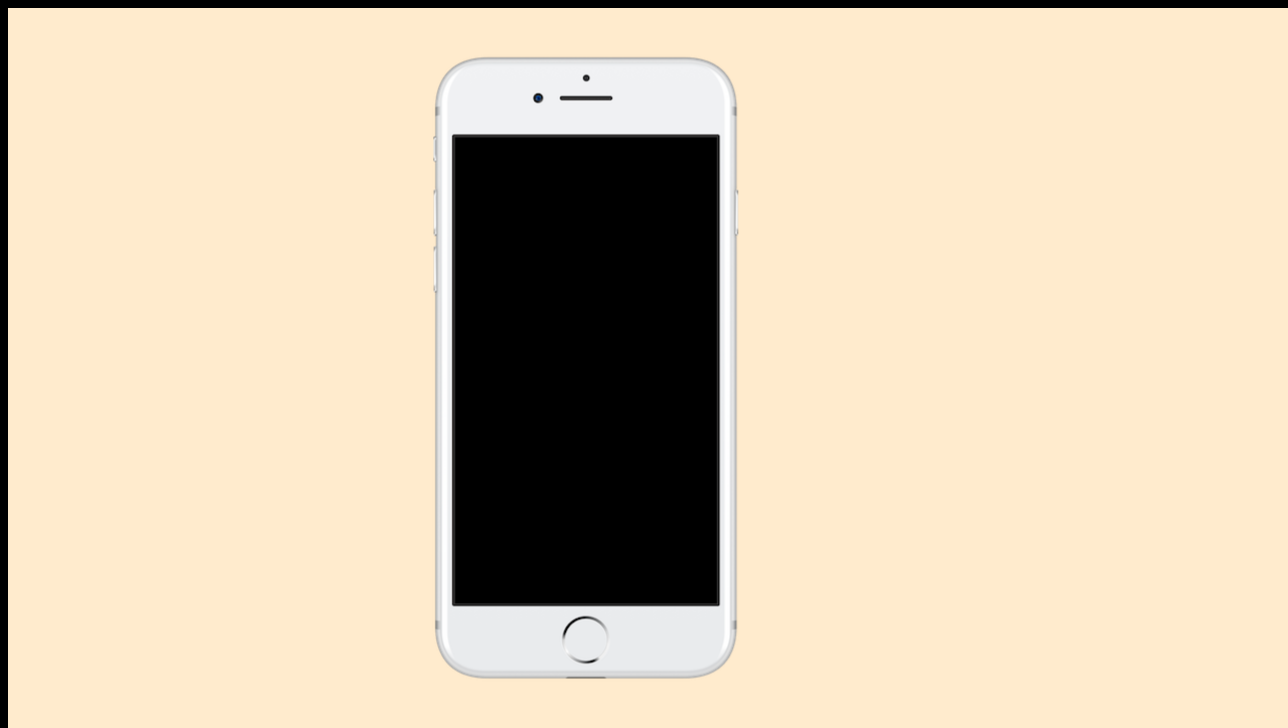
Repository: DorivalJunior14/Projeto-social
Page: index.html
These files come from the project's save history. The page is drawn as it stood at one moment and after a run of saves; the edit follows.
The browser window is 1280 px wide. The page is 1288 px wide, so the pictures cover 1288 px, including what lies to the right of the window. The pictures show the whole page.

Above is the page before, as saved 2022-06-24 14:08:00.

After the next 2 saves:
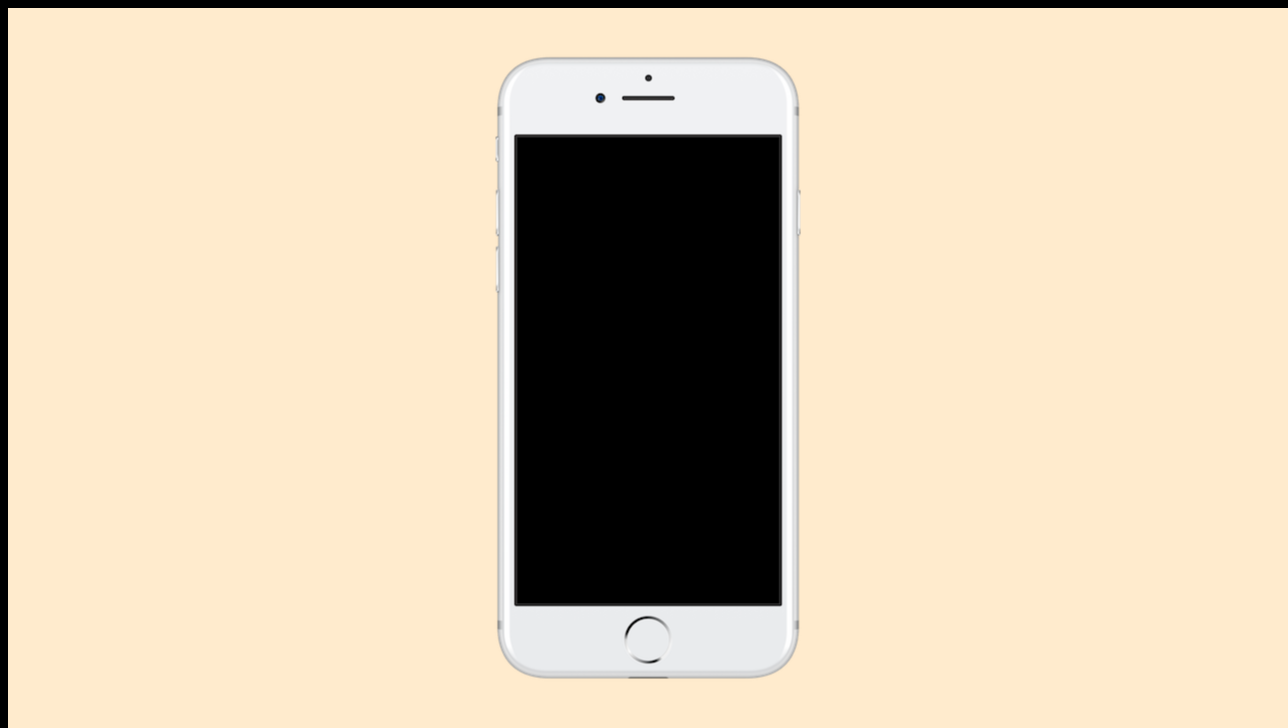
The 2 saves are shown as one change because they came seconds apart.
The last was saved 22 s later.
--- a/estilos/style.css
+++ b/estilos/style.css
@@ -23,14 +23,14 @@ section#telefone {
     position: absolute;
     top: 50%;
     left: 50%;
-    transform: translate(-70%,-50%);
+    transform: translate(-50%,-50%);
     height: 627px;
     width: 311px;
     background-color: blue;
     background: url('../imagens/frame-iphone.png');
     transform: translate(-50%,-50%);
-    -webkit-transform: translate(-70%,-50%);
-    -moz-transform: translate(-70%,-50%);
-    -ms-transform: translate(-70%,-50%);
-    -o-transform: translate(-70%,-50%);
+    -webkit-transform: translate(-50%,-50%);
+    -moz-transform: translate(-50%,-50%);
+    -ms-transform: translate(-50%,-50%);
+    -o-transform: translate(-50%,-50%);
 }
